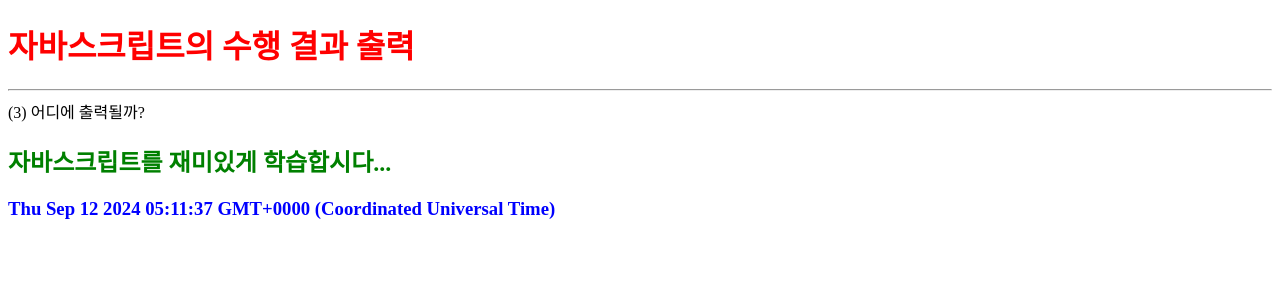
Repository: jhsnex123/web_study
Page: edu/src/main/webapp/jsexam/exam1_2.html
An editor plug-in stored every save of this project. The page is shown before and after the next save, followed by the edit.
The browser window is 1280 px wide. The pictures show the whole page.

Above is the page before, as saved 2024-09-20 02:53:11.

After the next save:
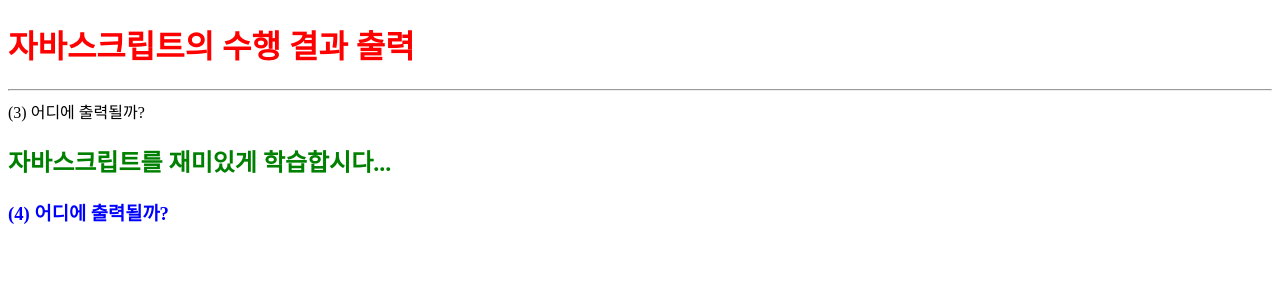
Saved 3 min 53 s later.
--- a/edu/src/main/webapp/jsexam/exam1_2.html
+++ b/edu/src/main/webapp/jsexam/exam1_2.html
@@ -27,7 +27,7 @@ document.write("(3) 어디에 출력될까?");
 <h3></h3>
 <script>
 // DOM 기술을 활용하여 출력
-document.getElementsByTagName("h3")[0].textContent = new Date();//"(4) 어디에 출력될까?";
+document.getElementsByTagName("h3")[0].textContent = "(4) 어디에 출력될까?";
 </script>
 </body>
 </html>
